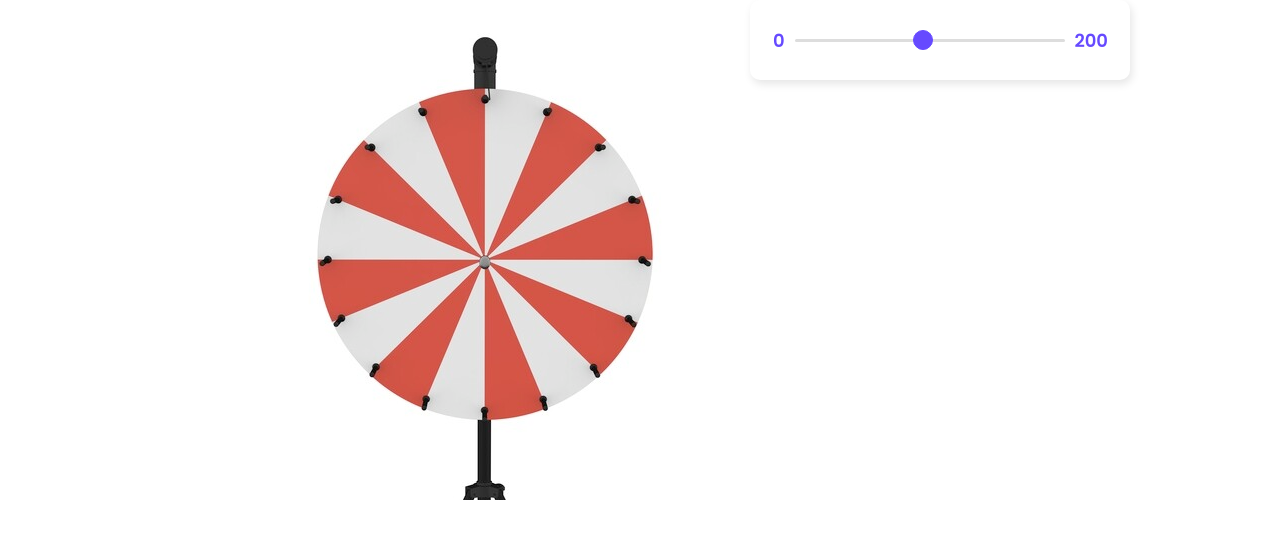
Repository: Awaisp-irfan/fahad-project
Page: text.html
An editor plug-in stored every save of this project. The page is shown before and after the next save, followed by the edit.
The browser window is 1280 px wide. The pictures show the whole page.

Above is the page before, as saved 2022-06-30 11:01:53.

### text.html
<!DOCTYPE html>
<html lang="en">
<head>
    <meta charset="UTF-8">
    <meta http-equiv="X-UA-Compatible" content="IE=edge">
    <meta name="viewport" content="width=device-width, initial-scale=1.0">
    <link
      rel="stylesheet"
      href="https://cdn.jsdelivr.net/npm/bootstrap@4.6.1/dist/css/bootstrap.min.css"
      integrity="sha384-zCbKRCUGaJDkqS1kPbPd7TveP5iyJE0EjAuZQTgFLD2ylzuqKfdKlfG/eSrtxUkn"
      crossorigin="anonymous"
    />

    <link rel="stylesheet" href="./style.css" />
    <title>Document</title>
</head>
<body>
    <div class="container">
        <div class="row">
            <div class="col-lg-7">
                <div class="img-wrapper">
                    <div class="main-img">

                    </div>
                </div>
            </div>

            <div class="col-lg-5">
                <div class="range">
                    <div class="sliderValue">
                      <span>100</span>
                    </div>
            <div class="field">
                      <div class="value left">
            0</div>
            <input type="range" min="10" max="200" value="100" steps="1">
                      <div class="value right">
            200</div>
            </div>
            </div>

            </div>
        </div>
    </div>

    <script src="https://cdnjs.cloudflare.com/ajax/libs/jquery/3.4.1/jquery.min.js"></script>

<!--Plugin JavaScript file-->
<script src="https://cdnjs.cloudflare.com/ajax/libs/ion-rangeslider/2.3.1/js/ion.rangeSlider.min.js"></script>
    <script src="./index.js"></script>
</body>
</html>

### style.css
/* range slieder styling starts  */
@import url('https://fonts.googleapis.com/css?family=Poppins:400,500,600,700&display=swap');
*{
  margin: 0;
  padding: 0;
  box-sizing: border-box;
  font-family: 'Poppins', sans-serif;
}

.range{
  height: 80px;
  width: 380px;
  background: #fff;
  border-radius: 10px;
  padding: 0 65px 0 45px;
  box-shadow: 2px 4px 8px rgba(0,0,0,0.1);
}
.sliderValue{
  position: relative;
  width: 100%;
}
.sliderValue span{
  position: absolute;
  height: 45px;
  width: 45px;
  transform: translateX(-70%) scale(0);
  font-weight: 500;
  top: -40px;
  line-height: 55px;
  z-index: 2;
  color: #fff;
  transform-origin: bottom;
  transition: transform 0.3s ease-in-out;
}
.sliderValue span.show{

}
.sliderValue span:after{
  position: absolute;
  content: '';
  height: 100%;
  width: 100%;
  background: #664AFF;
  border: 3px solid #fff;
  z-index: -1;
  left: 50%;

  border-bottom-left-radius: 50%;
  box-shadow: 0px 0px 8px rgba(0,0,0,0.1);
  border-top-left-radius: 50%;
  border-top-right-radius: 50%;
}
.field{
  display: flex;
  align-items: center;
  justify-content: center;
  height: 100%;
  position: relative;
}
.field .value{
  position: absolute;
  font-size: 18px;
  color: #664AFF;
  font-weight: 600;
}
.field .value.left{
  left: -22px;
}
.field .value.right{
  right: -43px;
}
.range input{
  -webkit-appearance: none;
  width: 100%;
  height: 3px;
  background: #ddd;
  border-radius: 5px;
  outline: none;
  border: none;
  z-index: 2222;
}
.range input::-webkit-slider-thumb{
  -webkit-appearance: none;
  width: 20px;
  height: 20px;
  background: red;
  border-radius: 50%;
  background: #664AFF;
  border: 1px solid #664AFF;
  cursor: pointer;
}
.range input::-moz-range-thumb{
  -webkit-appearance: none;
  width: 20px;
  height: 20px;
  background: red;
  border-radius: 50%;
  background: #664AFF;
  border: 1px solid #664AFF;
  cursor: pointer;
}
.range input::-moz-range-progress{
  background: #664AFF;
}

/* range slider styling ends */

.pvc{
    background-image: url(./assests/2289977149.jpg);
    background-size: cover;
    background-position: center;
    background-repeat: no-repeat;
    height: 100%;
    border-radius: 20px;
}

.col-lg-4>a > .img-div{
    height: 400px;
    border-radius: 20px;
}
.card{
    border-radius: 20px;
}
.card>.img-div{
    height: 350px;
    border-top-left-radius: 20px;
    border-top-right-radius: 20px;
    background-color: rgb(248, 248, 248);
}
.wooden{
    background-image: url(./assests/wooden.jpg);
    background-size: cover;
    background-position: center;
    background-repeat: no-repeat;
    height: 100%;
    border-radius: 20px;
}

.display{
    background-image: url(./assests/display.jpg);
    background-size: cover;
    background-position: center;
    background-repeat: no-repeat;
    height: 100%;
    border-radius: 20px;
}
.cm60-img{
    background: url(./assests/60cm_PVC-removebg-preview.png);

    background-size: cover;
    background-position: center;
    background-repeat: no-repeat;
    height: 100%;
    border-radius: 20px;
    width: 100%;
}

.cm80-img{
    background: url(./assests/80cm_PVC-removebg-preview.png);

    background-size: cover;
    background-position: center;
    background-repeat: no-repeat;
    height: 100%;
    border-radius: 20px;
}

.cm90-img{
    background: url(./assests/90cm_PVC-removebg-preview.png);

    background-size: cover;
    background-position: center;
    background-repeat: no-repeat;
    height: 100%;
    border-radius: 20px;
}
.cm100-img{
    background: url(./assests/100cm_PVC-removebg-preview.png);

    background-size: cover;
    background-position: center;
    background-repeat: no-repeat;
    height: 100%;
    border-radius: 20px;
}

.cm50-img{
    background: url(./assests//50cm\ PVC.png);

    background-size: cover;
    background-position: center;
    background-repeat: no-repeat;
    height: 100%;
    border-radius: 20px;
}

.display-wheel{
    background-image: url(./assests/display-removebg-preview.png);
    background-size: cover;
    background-position: center;
    background-repeat: no-repeat;
    height: 100%;
    border-radius: 20px;
}

.title{
    font-weight: bold;
    font-size: 16px;
    margin: 0;
    padding: 0;
}

.price{
    font-size: 14px;
    font-weight: 600;
    text-align: right;
    margin: 0;
    padding: 0;
}

/* test.html */
.main-img{
    background: url(./assests/100cm\ PVC.jpg);
    width: 100%;
    height: 100%;
}

.img-wrapper{
    height: 500px;

}


/* media queries */
@media (max-width : 768px) {
    .card>.img-div{
        height: 450px;

    }
}

### index.js
const slideValue = document.querySelector("span");
        const inputSlider = document.querySelector("input");
        inputSlider.oninput = (()=>{
          let value = inputSlider.value;
          slideValue.textContent = value;
          slideValue.style.left = (value/2) + "%";
          slideValue.classList.add("show");
        });
        inputSlider.onblur = (()=>{
          slideValue.classList.remove("show");
        });

After the next save:
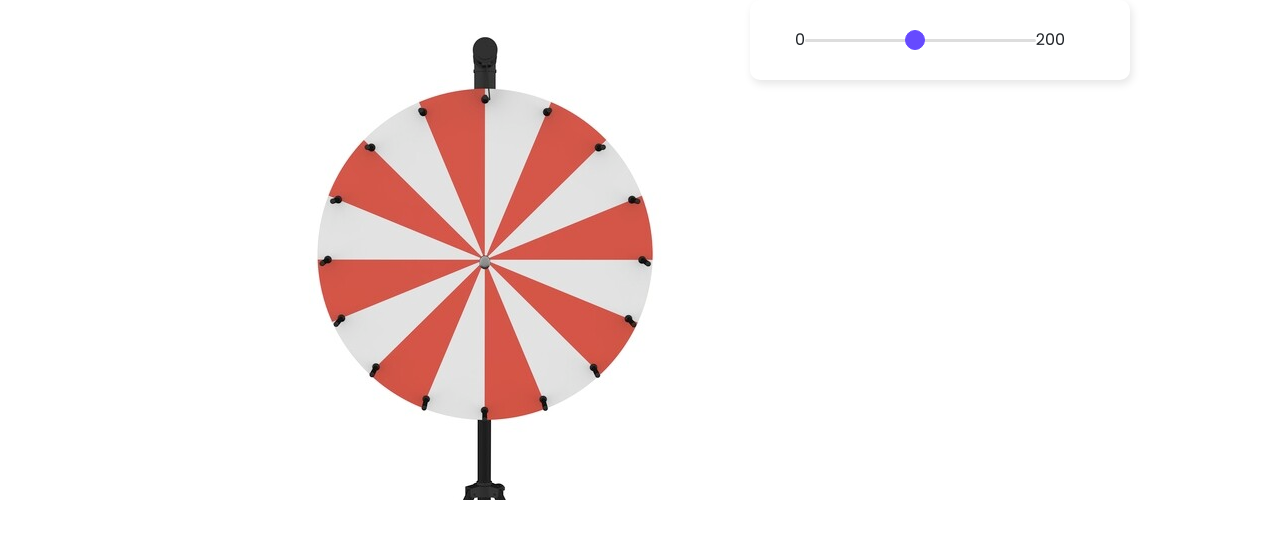
Saved 17 s later.
--- a/style.css
+++ b/style.css
@@ -44,7 +44,7 @@
   border: 3px solid #fff;
   z-index: -1;
   left: 50%;
-
+  transform: translateX(-50%) rotate(45deg);
   border-bottom-left-radius: 50%;
   box-shadow: 0px 0px 8px rgba(0,0,0,0.1);
   border-top-left-radius: 50%;
@@ -57,7 +57,7 @@
   height: 100%;
   position: relative;
 }
-.field .value{
+/* .field .value{
   position: absolute;
   font-size: 18px;
   color: #664AFF;
@@ -68,7 +68,7 @@
 }
 .field .value.right{
   right: -43px;
-}
+} */
 .range input{
   -webkit-appearance: none;
   width: 100%;

After the save that followed:
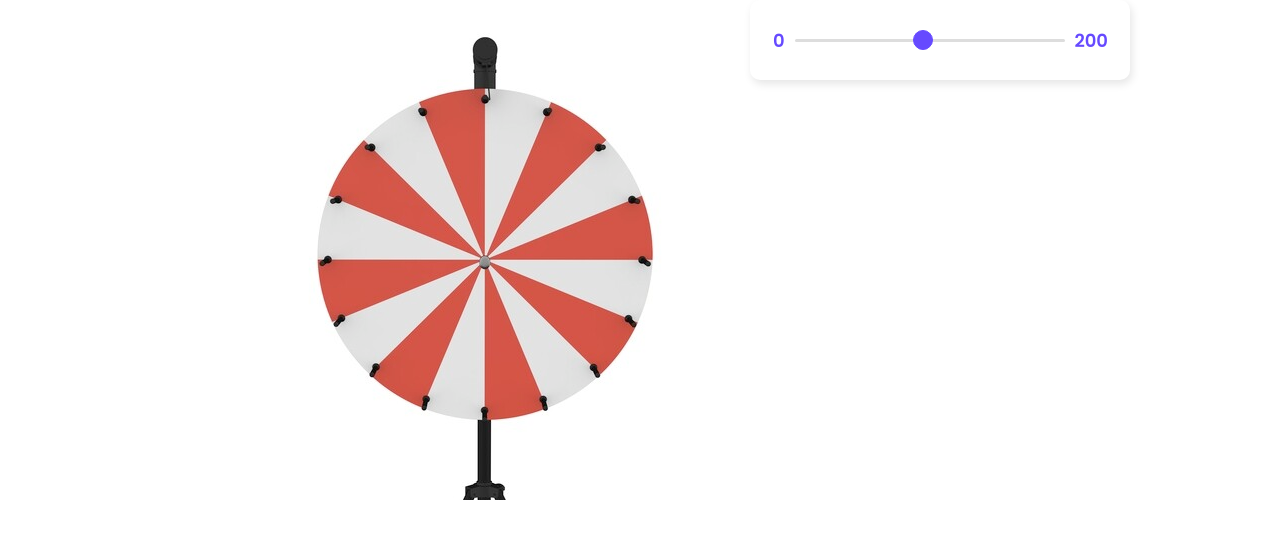
Saved 20 s later.
--- a/style.css
+++ b/style.css
@@ -57,7 +57,7 @@
   height: 100%;
   position: relative;
 }
-/* .field .value{
+.field .value{
   position: absolute;
   font-size: 18px;
   color: #664AFF;
@@ -68,7 +68,7 @@
 }
 .field .value.right{
   right: -43px;
-} */
+}
 .range input{
   -webkit-appearance: none;
   width: 100%;
